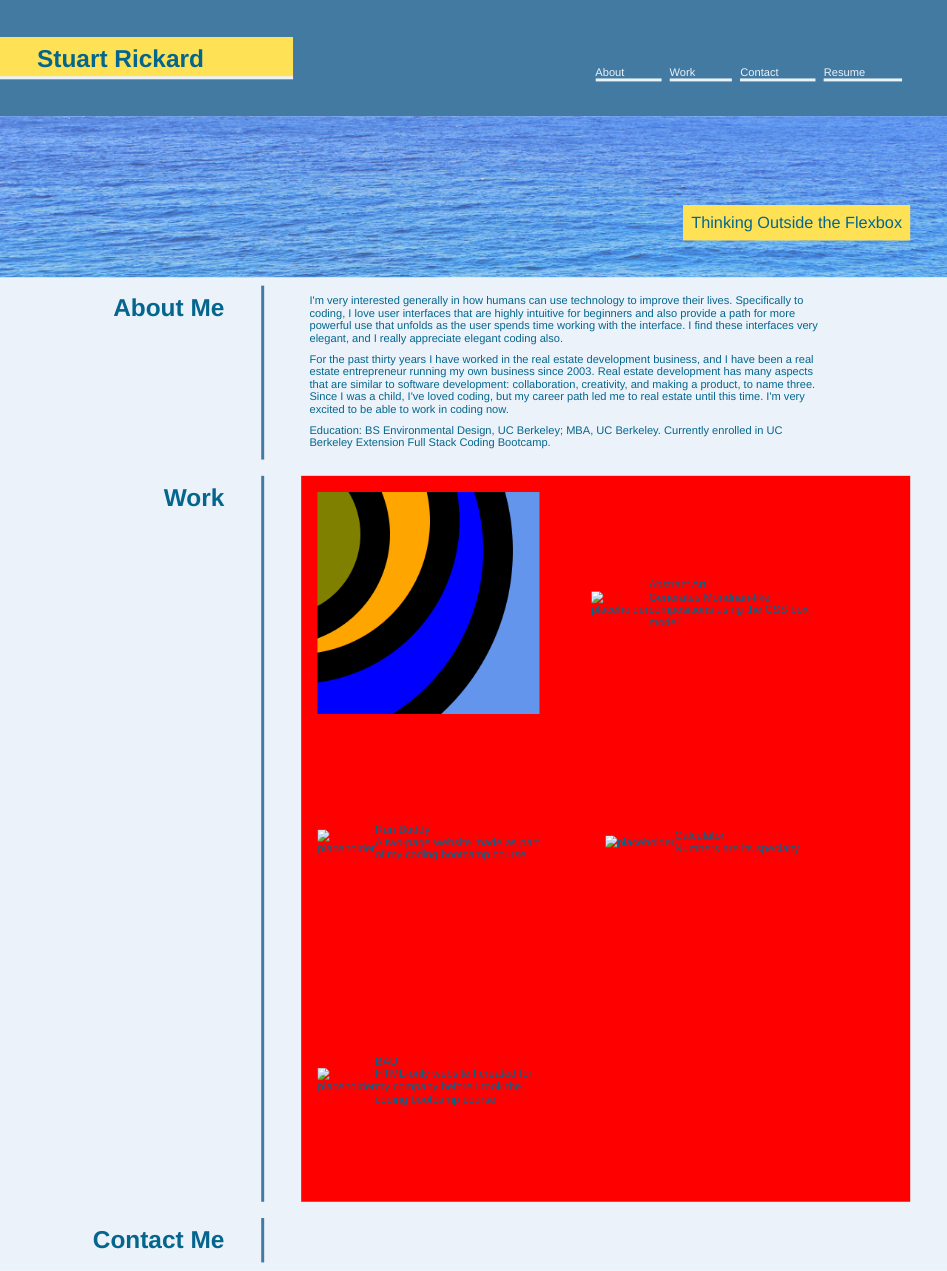
Repository: stuart-rickard/srport
Page: index.html
These files come from the project's save history. The page is drawn as it stood at one moment and after the next save; the edit follows.
The browser window is 1280 px wide. The pictures show the whole page, at 74% of full size.
Backgrounds fixed to the window are drawn as part of the page.

Above is the page before, as saved 2021-11-12 17:07:21.

After the next save:
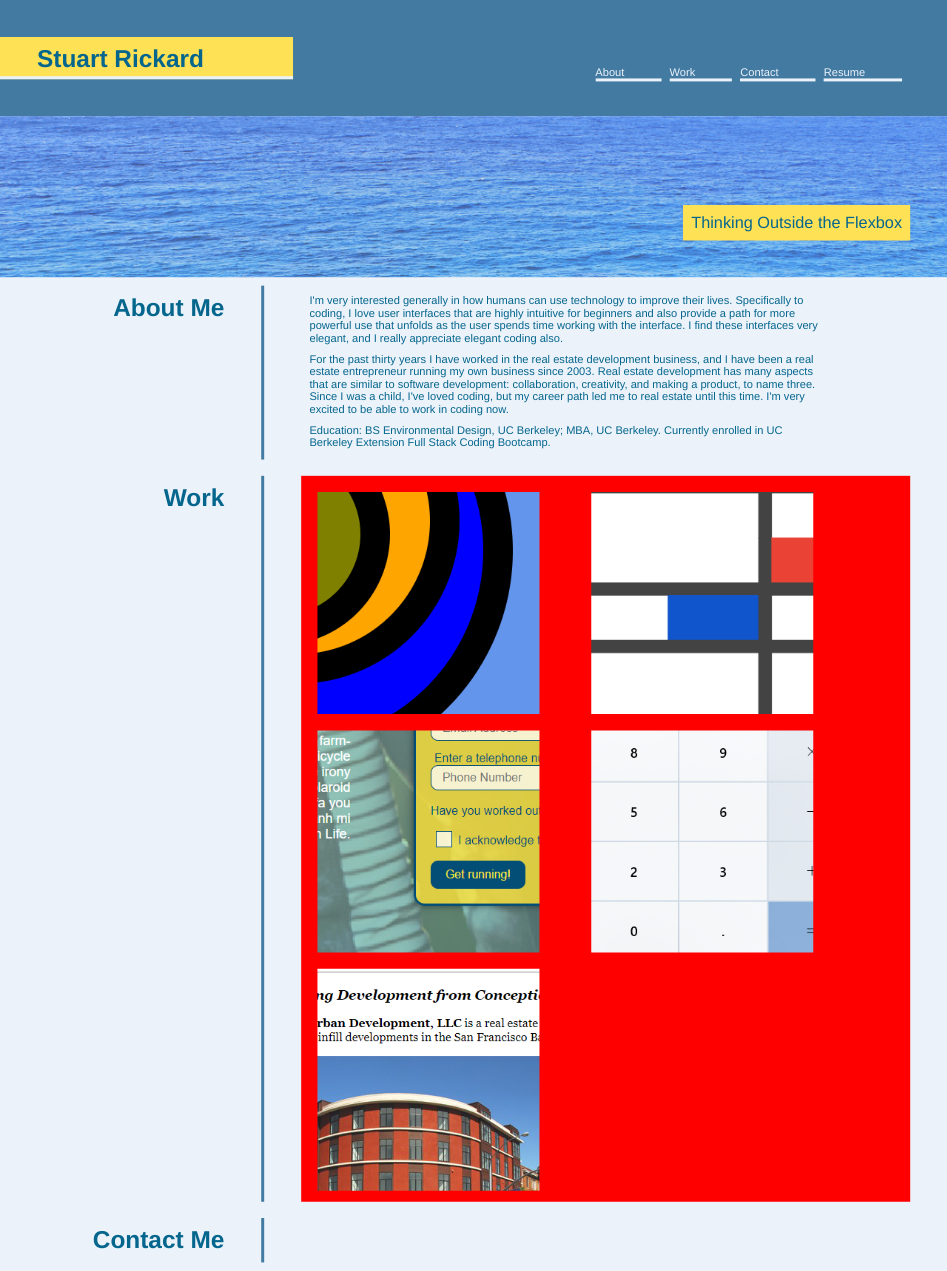
Saved 2 h 36 min later.
--- a/index.html
+++ b/index.html
@@ -38,35 +38,34 @@
       <section class=main-section>
         <div class=main-section-Title id="work-title">Work</div>
         <div class=main-section-Content id="work-card-container">
-          <!-- Add alt text for all cards -->
           <article class=work-card>
             <a href="https://stuart-rickard.github.io/sandbox/circles/">
-              <img id=circles src="assets/images/circles.png" alt="placeholder">
+              <img id=circles src="assets/images/circles.png" alt="multi-colored graphic pattern with circles">
             </a>
             <div>circles
               <p>Uses the CSS box model to rotate concentric circles within one another</p>
             </div>
           </article>
           <article class=work-card>
-            <img id=abstract-art src="#" alt="placeholder">
+            <img id=abstract-art src="assets/images/abstract.png" alt="primary color composition inspried by Piet Mondtrian's art">
             <div>Abstract Art
               <p>Generates Mondrian-like compositions using the CSS box model</p>
             </div>
           </article>
           <article class=work-card>
-            <img id=run-buddy src="#" alt="placeholder">
+            <img id=run-buddy src="assets/images/run-buddy.png" alt="screenshot showing a website">
             <div>Run Buddy
               <p>A two-page website made as part of my coding bootcamp course</p>
             </div>
           </article>
           <article class=work-card>
-            <img id=calculator src="#" alt="placeholder">
+            <img id=calculator src="assets/images/calculator.png" alt="calculator with numbered keys">
             <div>Calculator
               <p>Numbers are its specialty</p>
             </div>
           </article>
           <article class=work-card>
-            <img id=BAU src="#" alt="placeholder">
+            <img id=BAU src="assets/images/bau.png" alt="screenshot showing a website">
             <div>BAU
               <p>HTML-only website I created for my company before I took the coding bootcamp course</p>
             </div>
